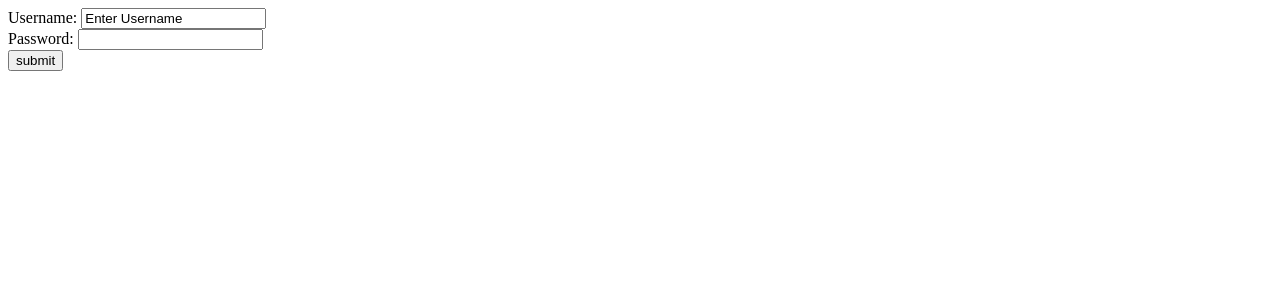
Repository: Maxx1432/Eclipse-Work
Page: http://localhost/Maxx_L09_Servlet_Filters/login.jsp
An editor plug-in stored every save of this project. The page is shown before and after the next save, followed by the edit.
The browser window is 1280 px wide. The pictures show the whole page.
The page is served by Tomcat 9.

Above is the page before, as saved 2023-02-18 07:14:29.

After the next save:
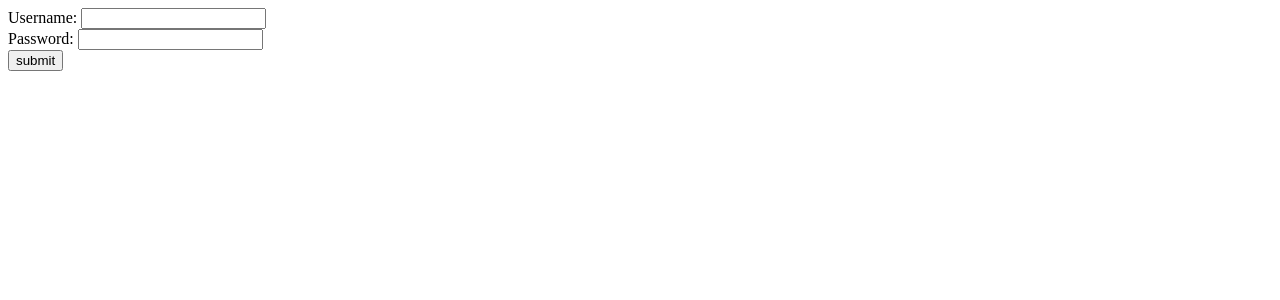
Saved 44 s later.
--- a/Maxx L09 Servlet Filters/src/main/webapp/login.jsp
+++ b/Maxx L09 Servlet Filters/src/main/webapp/login.jsp
@@ -8,8 +8,8 @@
 </head>
 <body>
 <form action="<%= request.getContextPath()%>/SiteController" method="post">
-Username: <input type="text" name="username" value="Enter Username"><br/>
-Password: <input type="password" name="password"><br/>
+Username: <input type="text" name="username" required="required"><br/>
+Password: <input type="password" name="password" required="required"><br/>
 <input type="submit" value="submit">
 </form>
 </body>
